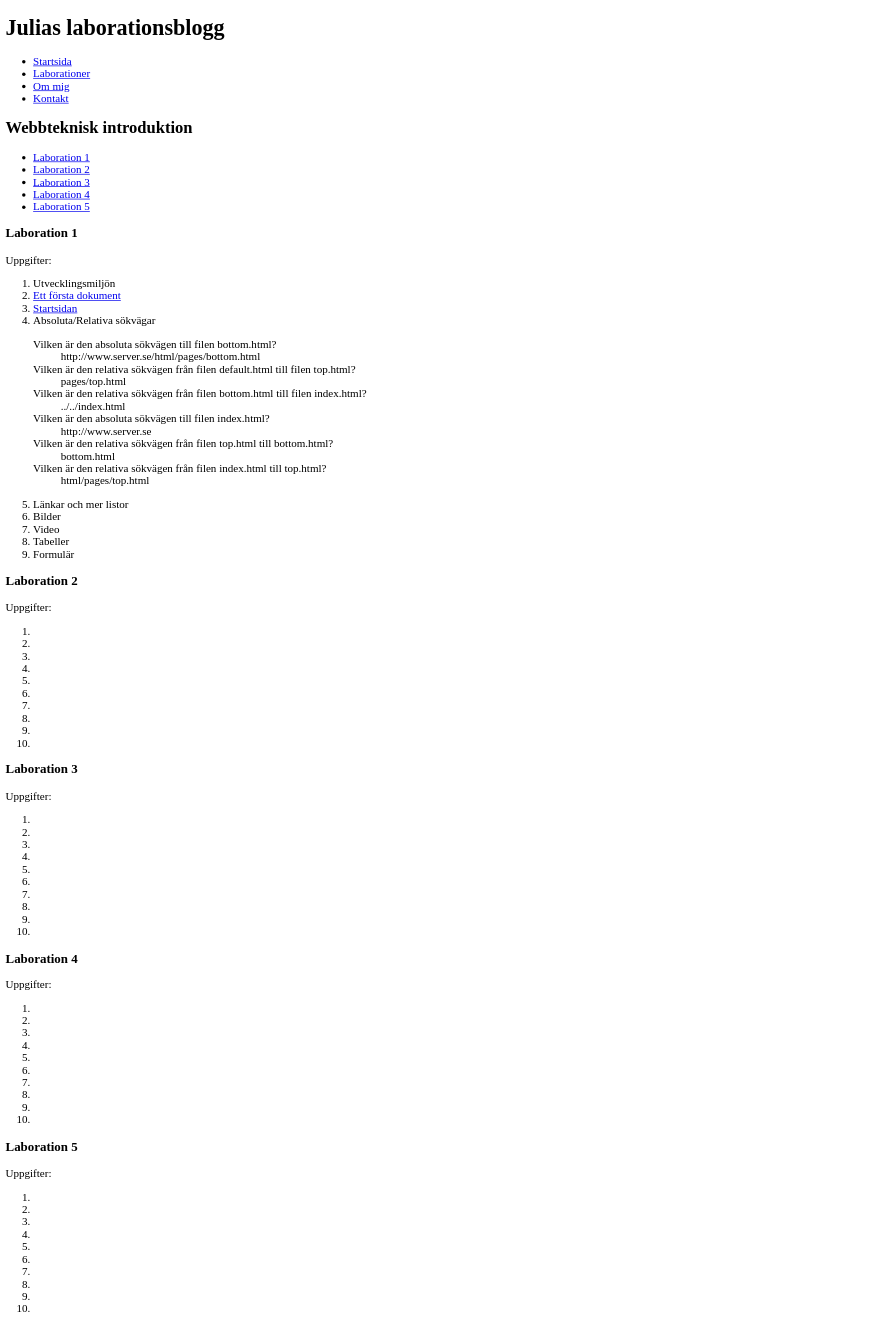
Repository: jk222rp/1ik415-laborationer-2014
Page: pages/laborationer.html
The author's editor kept a record of every edit. The page is drawn from the files as they stood at one moment, then again after the next edit.
The browser window is 1280 px wide. The pictures show the whole page, at 69% of full size.

Above is the page before.

### pages/laborationer.html
<!doctype html>
<html lang="sv">
    <head>
        <meta charset="utf-8" />
        <title>Julias laborationsblogg</title>
    </head>

    <body>
        <h1>Julias laborationsblogg</h1>

<!--Menu-->
        <ul>
            <li><a href="../index.html">Startsida</a></li>
            <li><a href="laborationer.html">Laborationer</a></li>
            <li><a href="presentation.html">Om mig</a></li>
            <li><a href="kontakt.html">Kontakt</a></li>
        </ul>

<!--Lab presentation - Webbteknisk introduktion-->
        <h2>Webbteknisk introduktion</h2>

        <ul>
            <li><a href="#Lab1">Laboration 1</a></li>
            <li><a href="#Lab2">Laboration 2</a></li>
            <li><a href="#Lab3">Laboration 3</a></li>
            <li><a href="#Lab4">Laboration 4</a></li>
            <li><a href="#Lab5">Laboration 5</a></li>
        </ul>

        <h3 id="Lab1">Laboration 1</h3>
        <p>Uppgifter:</p>
        <ol>
            <li>Utvecklingsmiljön</li>
            <li><a href="presentation.html">Ett första dokument</a></li>
            <li><a href="../index.html">Startsidan</a></li>
            <li>Absoluta/Relativa sökvägar
                <dl>
                    <dt>Vilken är den absoluta sökvägen till filen bottom.html?</dt>
                    <dd>http://www.server.se/html/pages/bottom.html</dd>
                    <dt>Vilken är den relativa sökvägen från filen default.html till filen top.html?</dt>
                    <dd>pages/top.html</dd>
                    <dt>Vilken är den relativa sökvägen från filen bottom.html till filen index.html?</dt>
                    <dd>../../index.html</dd>
                    <dt>Vilken är den absoluta sökvägen till filen index.html?</dt>
                    <dd>http://www.server.se</dd>
                    <dt>Vilken är den relativa sökvägen från filen top.html till bottom.html?</dt>
                    <dd>bottom.html</dd>
                    <dt>Vilken är den relativa sökvägen från filen index.html till top.html?</dt>
                    <dd>html/pages/top.html</dd>
                </dl>
            </li>
            <li>Länkar och mer listor</li>
            <li>Bilder</li>
            <li>Video</li>
            <li>Tabeller</li>
            <li>Formulär</li>
        </ol>

        <h3 id="Lab2">Laboration 2</h3>
        <p>Uppgifter:</p>
        <ol>
            <li></li>
            <li></li>
            <li></li>
            <li></li>
            <li></li>
            <li></li>
            <li></li>
            <li></li>
            <li></li>
            <li></li>
        </ol>

        <h3 id="Lab3">Laboration 3</h3>
        <p>Uppgifter:</p>
        <ol>
            <li></li>
            <li></li>
            <li></li>
            <li></li>
            <li></li>
            <li></li>
            <li></li>
            <li></li>
            <li></li>
            <li></li>
        </ol>

        <h3 id="Lab4">Laboration 4</h3>
        <p>Uppgifter:</p>
        <ol>
            <li></li>
            <li></li>
            <li></li>
            <li></li>
            <li></li>
            <li></li>
            <li></li>
            <li></li>
            <li></li>
            <li></li>
        </ol>

        <h3 id="Lab5">Laboration 5</h3>
        <p>Uppgifter:</p>
        <ol>
            <li></li>
            <li></li>
            <li></li>
            <li></li>
            <li></li>
            <li></li>
            <li></li>
            <li></li>
            <li></li>
            <li></li>
        </ol>

    </body>
</html>

After the next edit:
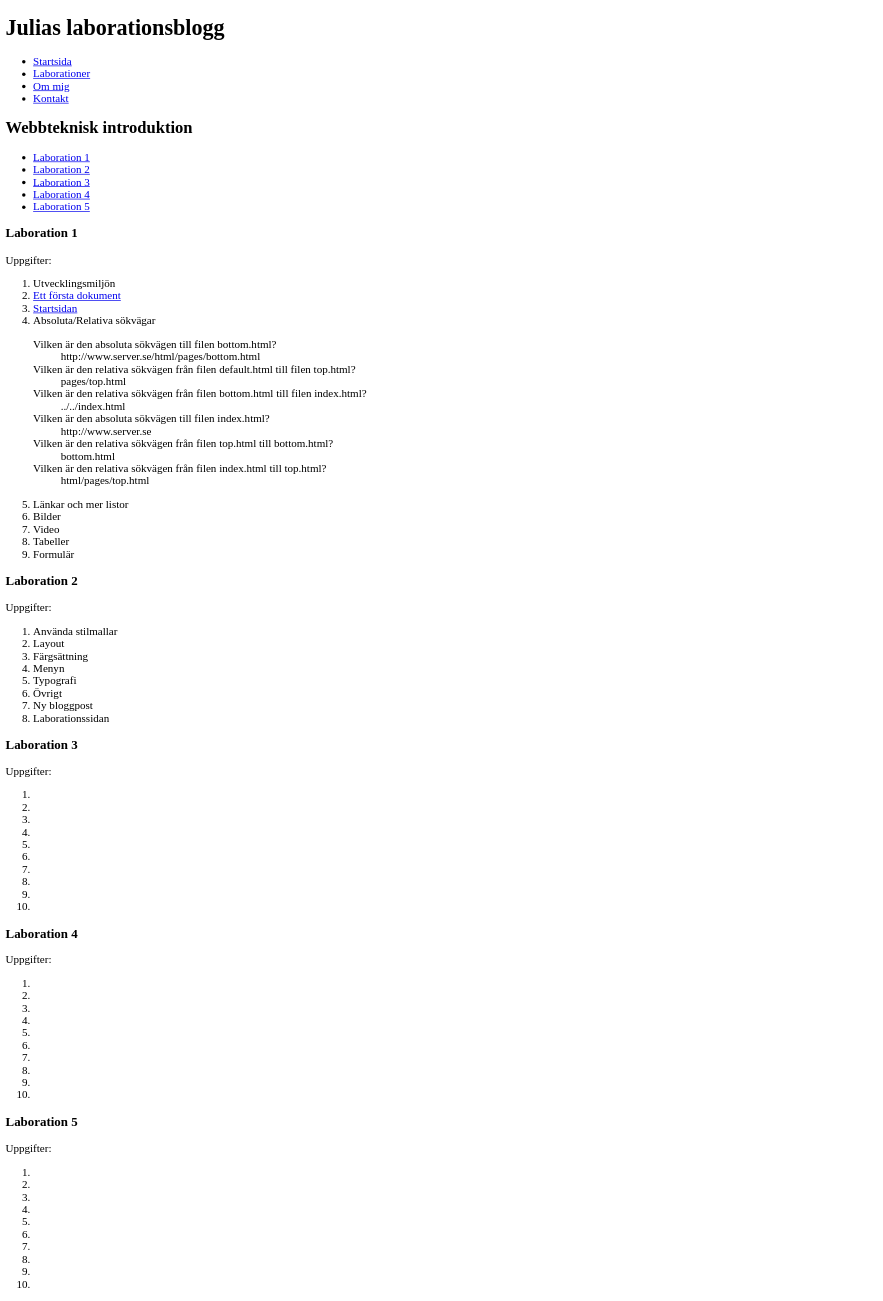
The edit:
--- a/pages/laborationer.html
+++ b/pages/laborationer.html
@@ -59,16 +59,14 @@
         <h3 id="Lab2">Laboration 2</h3>
         <p>Uppgifter:</p>
         <ol>
-            <li></li>
-            <li></li>
-            <li></li>
-            <li></li>
-            <li></li>
-            <li></li>
-            <li></li>
-            <li></li>
-            <li></li>
-            <li></li>
+            <li>Använda stilmallar</li>
+            <li>Layout</li>
+            <li>Färgsättning</li>
+            <li>Menyn</li>
+            <li>Typografi</li>
+            <li>Övrigt</li>
+            <li>Ny bloggpost</li>
+            <li>Laborationssidan</li>
         </ol>
 
         <h3 id="Lab3">Laboration 3</h3>
